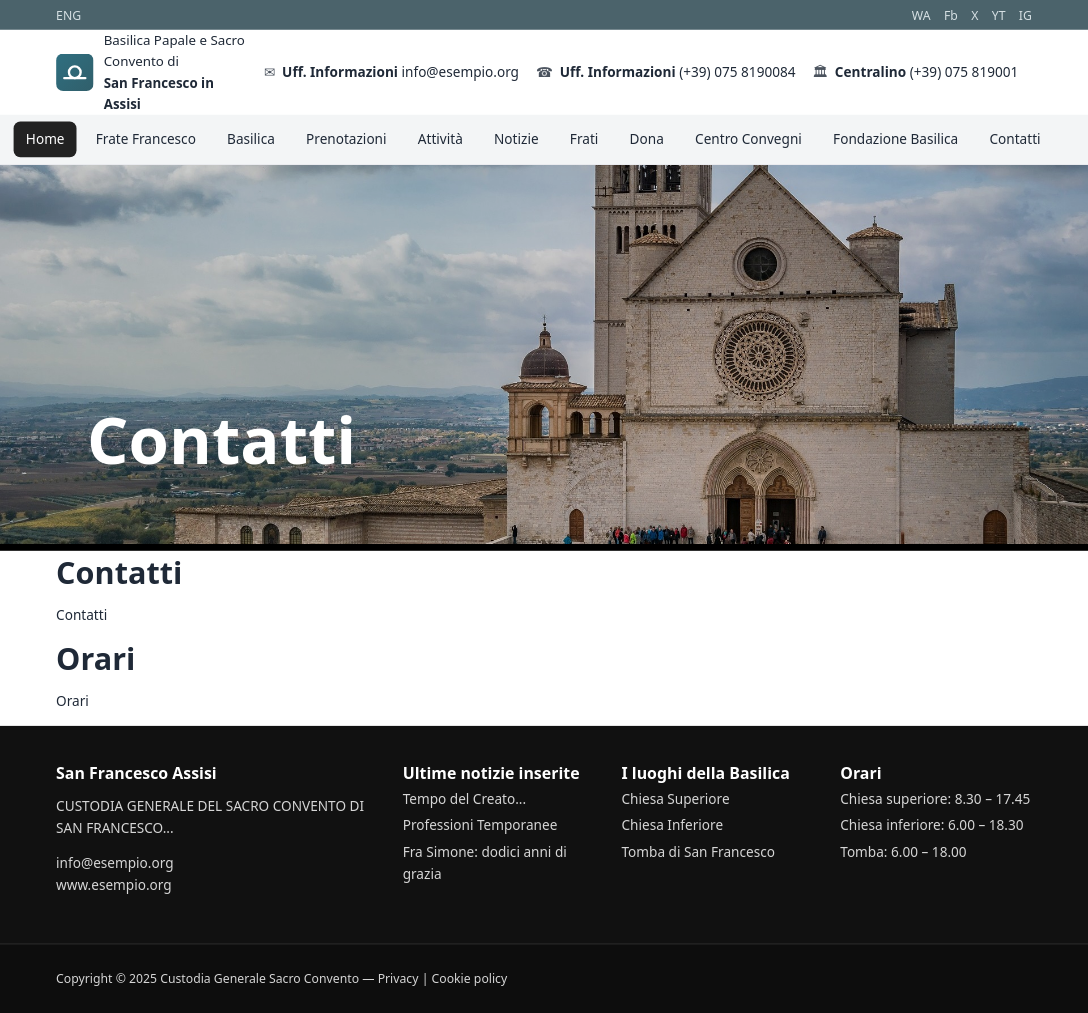
Repository: leacappello/basilica-platform-project
Page: pages/contatti.html
An editor plug-in stored every save of this project. The page is shown before and after the next save, followed by the edit.
The browser window is 1280 px wide. The pictures show the whole page, at 85% of full size.

Above is the page before, as saved 2025-09-17 09:27:45.
Console error (its wording comes from the project's code and is left out).

After the next save:
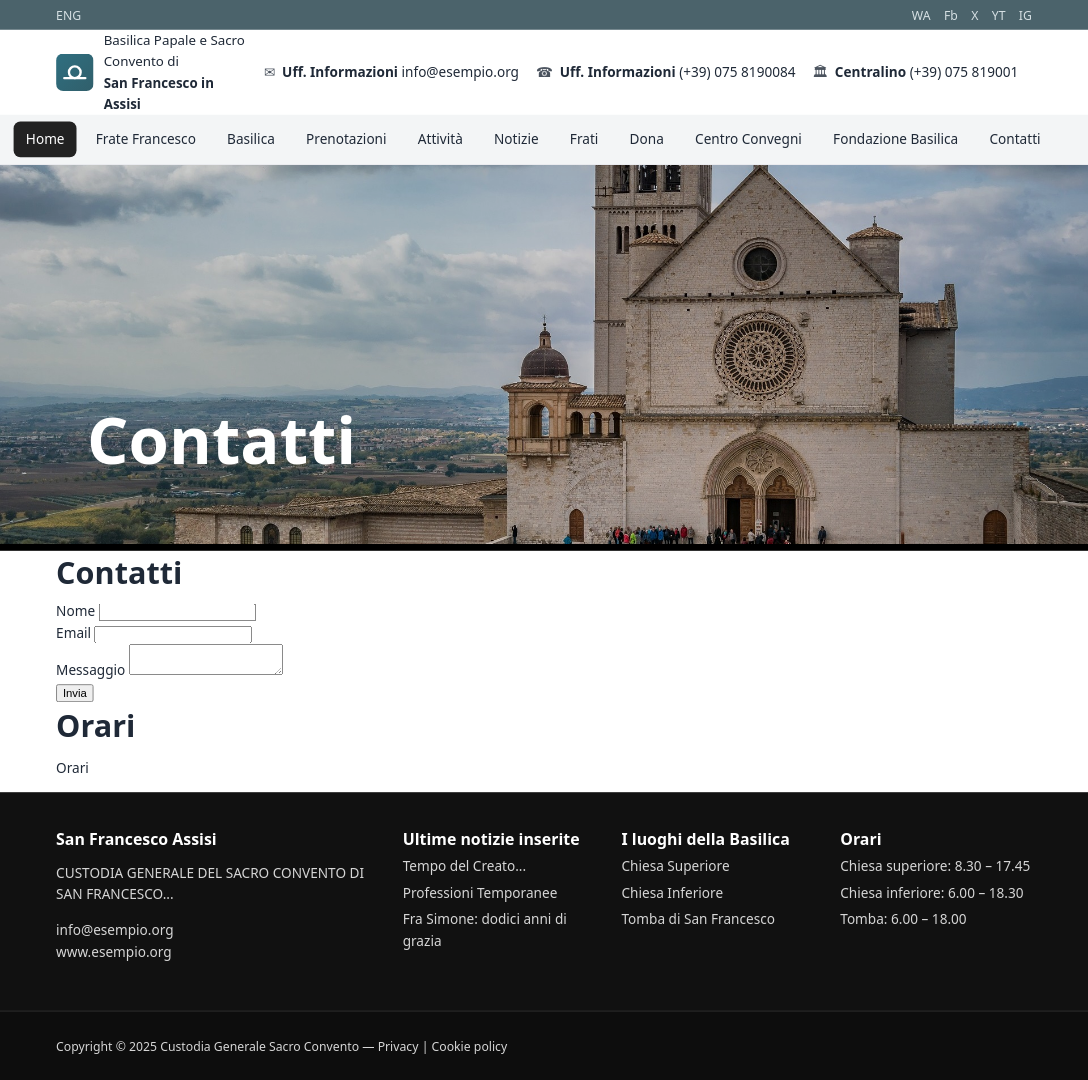
Saved 63 s later.
--- a/pages/contatti.html
+++ b/pages/contatti.html
@@ -163,10 +163,26 @@
         <section>
             <div class="container">
                 <div class="row">
+                    <!-- form contaatti -->
                     <div class="form">
                         <h2>Contatti</h2>
-                        <p>Contatti</p>
-                    </div>
+                        <form>
+                            <div>
+                                <label for="name">Nome</label>
+                                <input type="text" id="name" name="name">
+                            </div>
+                            <div>
+                                <label for="email">Email</label>
+                                <input type="email" id="email" name="email">
+                            </div>
+                            <div>
+                                <label for="message">Messaggio</label>
+                                <textarea id="message" name="message"></textarea>
+                            </div>
+                            <button type="submit">Invia</button>
+                        </form>
+                    </div>
+                    <!-- informazioni varie -->
                     <div class="info">
                         <h2>Orari</h2>
                         <p>Orari</p>
